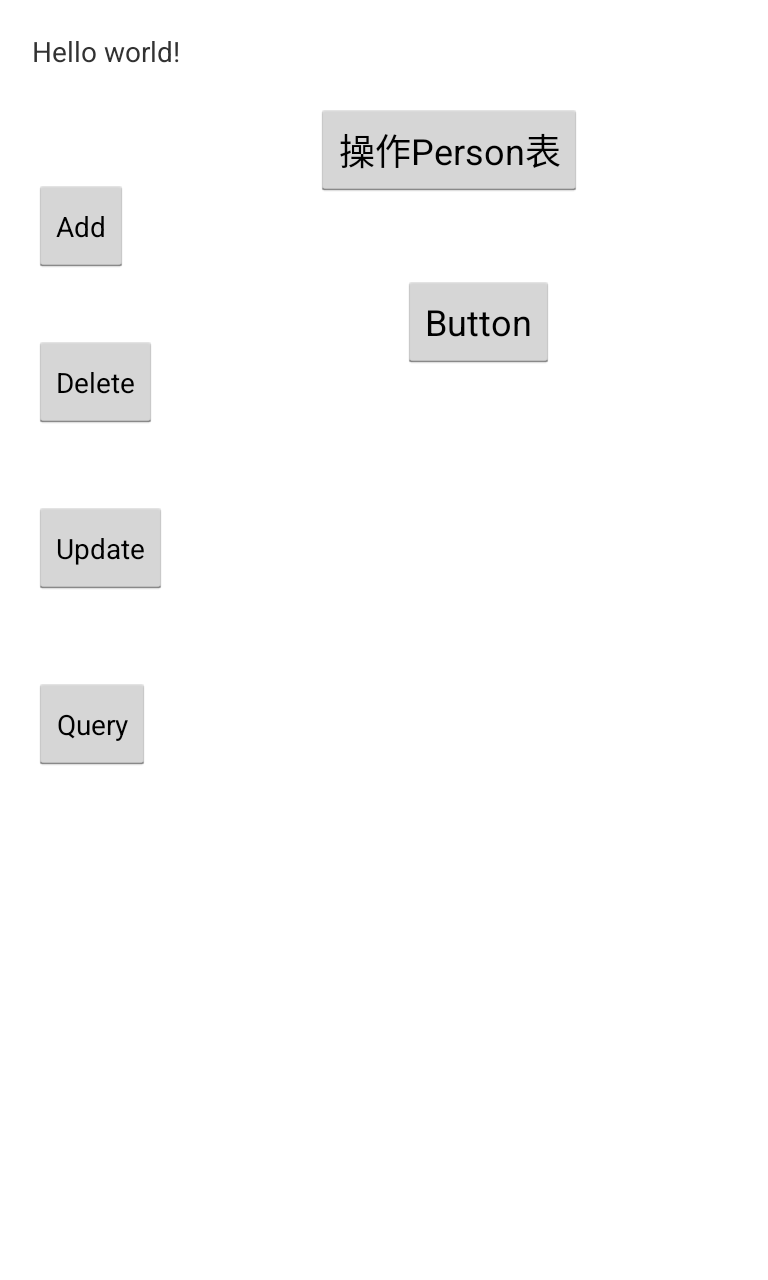
Repository: IvyZh/hm66
Layout: Fake支付宝/res/layout/activity_main.xml
These files come from the project's save history. The layout is drawn as it stood at one moment and after the next save; the edit follows.
It is drawn on a 768 x 1280 px phone screen (xhdpi) without system bars, with theme AppTheme; the app's code is not run.

Above is the layout before, as saved 2016-05-26 18:28:29.

### Fake支付宝/res/layout/activity_main.xml
<RelativeLayout xmlns:android="http://schemas.android.com/apk/res/android"
    xmlns:tools="http://schemas.android.com/tools"
    android:layout_width="match_parent"
    android:layout_height="match_parent"
    android:paddingBottom="@dimen/activity_vertical_margin"
    android:paddingLeft="@dimen/activity_horizontal_margin"
    android:paddingRight="@dimen/activity_horizontal_margin"
    android:paddingTop="@dimen/activity_vertical_margin"
    tools:context=".MainActivity" >

    <TextView
        android:id="@+id/textView1"
        android:layout_width="wrap_content"
        android:layout_height="wrap_content"
        android:text="@string/hello_world" />

    <Button
        android:id="@+id/button1"
        style="?android:attr/buttonStyleSmall"
        android:layout_width="wrap_content"
        android:layout_height="wrap_content"
        android:layout_alignLeft="@+id/textView1"
        android:layout_below="@+id/textView1"
        android:layout_marginTop="54dp"
        android:onClick="click1"
        android:text="Add" />

    <Button
        android:id="@+id/button2"
        style="?android:attr/buttonStyleSmall"
        android:layout_width="wrap_content"
        android:layout_height="wrap_content"
        android:layout_alignLeft="@+id/button1"
        android:layout_below="@+id/button1"
        android:layout_marginTop="30dp"
        android:onClick="click2"
        android:text="Delete" />

    <Button
        android:id="@+id/button3"
        style="?android:attr/buttonStyleSmall"
        android:layout_width="wrap_content"
        android:layout_height="wrap_content"
        android:layout_alignLeft="@+id/button2"
        android:layout_below="@+id/button2"
        android:layout_marginTop="35dp"
        android:onClick="click3"
        android:text="Update" />

    <Button
        android:id="@+id/button4"
        style="?android:attr/buttonStyleSmall"
        android:layout_width="wrap_content"
        android:layout_height="wrap_content"
        android:layout_alignLeft="@+id/button3"
        android:layout_below="@+id/button3"
        android:layout_marginTop="40dp"
        android:onClick="click4"
        android:text="Query" />

    <Button
        android:id="@+id/button5"
        android:layout_width="wrap_content"
        android:layout_height="wrap_content"
        android:layout_alignParentRight="true"
        android:layout_below="@+id/textView1"
        android:layout_marginRight="76dp"
        android:layout_marginTop="16dp"
        android:text="操作Person表" />

    <Button
        android:id="@+id/button6"
        android:layout_width="wrap_content"
        android:layout_height="wrap_content"
        android:layout_alignRight="@+id/button5"
        android:layout_below="@+id/button1"
        android:layout_marginRight="14dp"
        android:text="Button" />

</RelativeLayout>

### Fake支付宝/res/values/strings.xml
<?xml version="1.0" encoding="utf-8"?>
<resources>

    <string name="app_name">Fake支付宝</string>
    <string name="action_settings">Settings</string>
    <string name="hello_world">Hello world!</string>

</resources>

Loaded but not shown: Fake支付宝/res/values/styles.xml (common file); Fake支付宝/res/values-v11/styles.xml (common file); Fake支付宝/res/values-v14/styles.xml (common file); Fake支付宝/res/values/dimens.xml (common file)

After the next save:
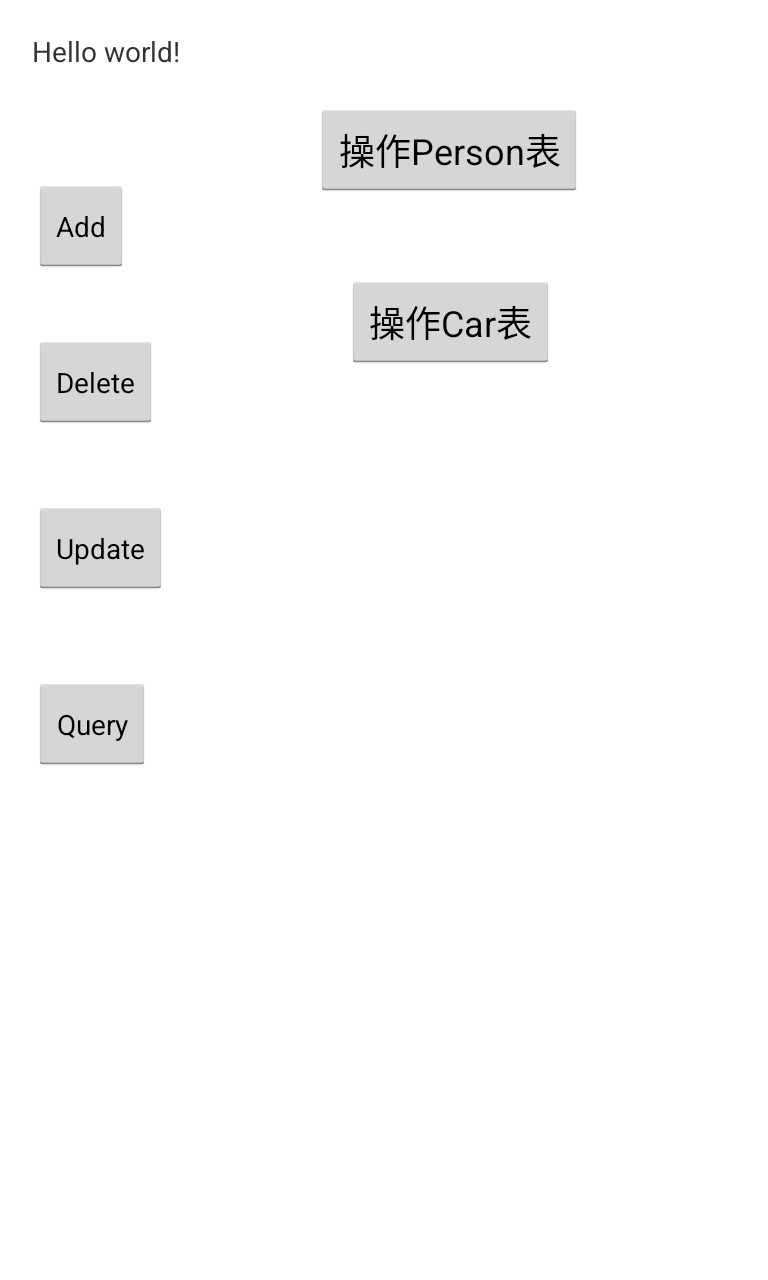
Saved 6 s later.
--- a/Fake支付宝/res/layout/activity_main.xml
+++ b/Fake支付宝/res/layout/activity_main.xml
@@ -75,6 +75,6 @@
         android:layout_alignRight="@+id/button5"
         android:layout_below="@+id/button1"
         android:layout_marginRight="14dp"
-        android:text="Button" />
+        android:text="操作Car表" />
 
 </RelativeLayout>
